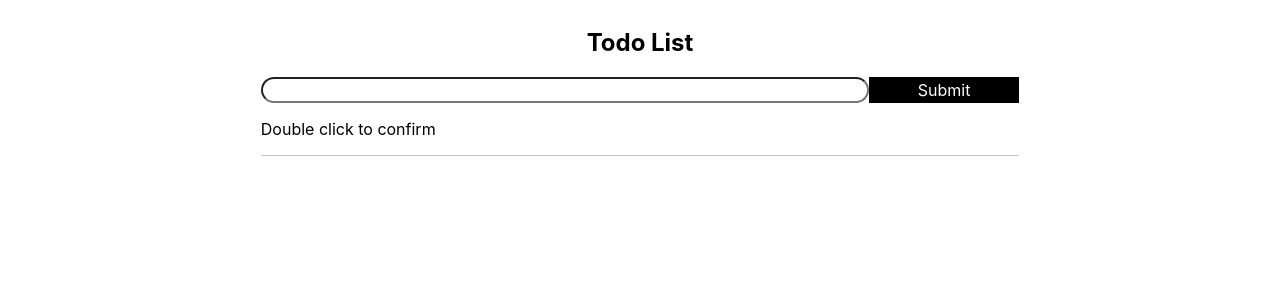
Repository: irenewuu/comp4130_checklist
Page: index.html
These files come from the project's save history. The page is drawn as it stood at one moment and after the next save; the edit follows.
The browser window is 1280 px wide. The pictures show the whole page.

Above is the page before, as saved 2022-01-12 15:19:14.

### index.html
<!DOCTYPE html>
<html lang="en">
  <head>
    <meta charset="UTF-8">
    <meta name="viewport" content="width=device-width, initial-scale=1.0">
    <link rel="stylesheet" href="style.css">
    <script src="index.js"></script>
    <title>Comp4130_Checklist</title>
  </head>
  <body>
    <div class="main">
      <!-- title area -->
      <div class="title">
      <h2>Todo List</h2>
      </div>
      <!-- input area -->
      <form class="input">
        <input type="text" class="text" id="myInput" onkeyup="13" >
        <span class="btn" onclick="newElement()">Submit</span>
      </form>
      <!-- homework checklist -->
      <div class="sortbox">
        <!-- <h4>Sort</h4>
        <img src="image/Iconly/Bold/sort.svg"> -->
        <p>Double click to confirm</p>
      </div>
      <ul id="NewList">

      </ul>
    </div>
  </body>
</html>

### style.css
.main {
  width: 100%;
  height: 100%;
  display: flex;
  flex-direction: column;
  justify-content: center;
  align-items: center;
  font-family: -apple-system, BlinkMacSystemFont, "Segoe UI", Roboto;
}
form > span {
  width: 60%;
  display: flex;
  justify-content: center;
  background: #000000;
  color: #fff;
  justify-content: center;
  align-items: center;
}
.input {
  width: 60%;
  display: flex;
  justify-content: center;
}
.text {
  width: 80%;
  height: 20px;
  border-radius: 15px;
}
.btn {
  width: 20%;
  height: 26px;
}
.sortbox {
  width: 60%;
  display: flex;
  flex-direction: row;
  border-bottom: 1px solid #c2c2c2;
}
.sortbox > img {
  margin: 10px;
}
ul {
  width: 60%;
  justify-content: center;
  margin: 0;
  padding: 0;
}
/* Style the list items */
ul li {
  cursor: pointer;
  position: relative;
  padding: 12px 8px 12px 40px;
  list-style-type: none;
  border-bottom: 1px solid #c2c2c2;
  font-size: 18px;
  transition: 0.2s;

  /* make the list items unselectable */
  -webkit-user-select: none;
  -moz-user-select: none;
  -ms-user-select: none;
  user-select: none;
}

ul li span {
  position: relative;
  right: 10px;
}

/* hover */
ul li:hover {
  background: #ddd;
}

/* When clicked on, add a background color and strike out text */
ul li.checked {
  background: #888;
  color: #fff;
  text-decoration: line-through;
}
/* Add a "checked" mark when clicked on */
ul li.checked::before {
  content: "";
  position: absolute;
  border-color: #fff;
  border-style: solid;
  border-width: 0 2px 2px 0;
  top: 10px;
  left: 16px;
  transform: rotate(45deg);
  height: 15px;
  width: 7px;
}
/* Style the close button */
.close {
  position: absolute;
  right: 0;
  top: 0;
  padding: 12px 16px 12px 16px;
}

.close:hover {
  background-color: #f72585;
}

@media only screen and (max-width: 600px) {
  .input {
    width: 60%;
    display: flex;
    justify-content: center;
  }
  .text {
    width: 65%;
    height: 20px;
  }
  .btn {
    width: 30%;
    height: 26px;
  }
}

### index.js
let data = [];

// // Create a "close" button and append it to each list item
var listItem = document.getElementsByTagName("li");

// Create a new list item when clicking on the "Add" button
function newElement() {
  console.log(data)
  var li = document.createElement("li");
  // li.className = "unchecked";
  var inputValue = document.getElementById("myInput").value;

  //putting input value in list
  var spanText = document.createTextNode(inputValue);
  var span = document.createElement("span");
  span.appendChild(spanText);
  li.appendChild(span);


  // delete img
  var bin = document.createElement("img");
  bin.src = "image/iconly/bold/delete.svg";
  bin.className = "close";
  li.appendChild(bin);

  if (inputValue === '') {
    alert("You must write something!");
    data.push()
  } else {
    document.getElementById("NewList").appendChild(li);
  }

  document.getElementById("myInput").value = "";

  // Click on a close button to hide the current list item
  // push object in array
  data.push({ value: inputValue })
  console.log(data)

  // Add a "checked" symbol when clicking on a list item
  // var list = document.querySelector('ul');
  // list.addEventListener('click', function(ev) {
  //   if (ev.target.tagName === 'LI') {
  //     // ev.target.tagName.className = "checked";
  //     ev.target.classList.toggle('checked');
  //   }
  // }, false);

  var close = document.getElementsByClassName("close");

    for (var i = 0; i < close.length; i++) {
      close[i].onclick = function () {

        data.splice(data[i], 1);
        console.log(data)

        // delete the item onclick
        var div = this.parentElement;
        div.remove(0,-1);
      }
    }


    for (var i = 0; i < listItem.length; i++) {
      listItem[i].onclick = function () {
       // Add a "checked" symbol when clicking on a list item
        var list = document.querySelector('ul');
        list.addEventListener('click', function(ev) {
        if (ev.target.tagName === 'LI') {
          ev.target.classList.toggle('checked');

        }

  }, false);
      }
    }
}

After the next save:
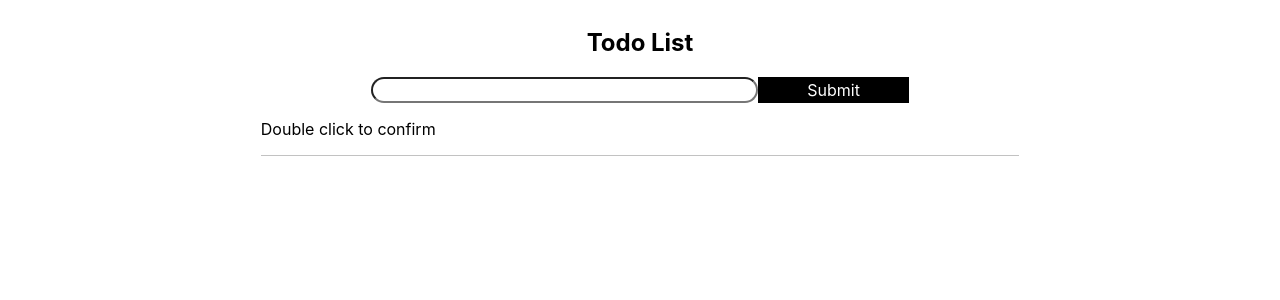
Saved 14 s later.
--- a/style.css
+++ b/style.css
@@ -22,7 +22,7 @@ form > span {
   justify-content: center;
 }
 .text {
-  width: 80%;
+  width: 50%;
   height: 20px;
   border-radius: 15px;
 }
